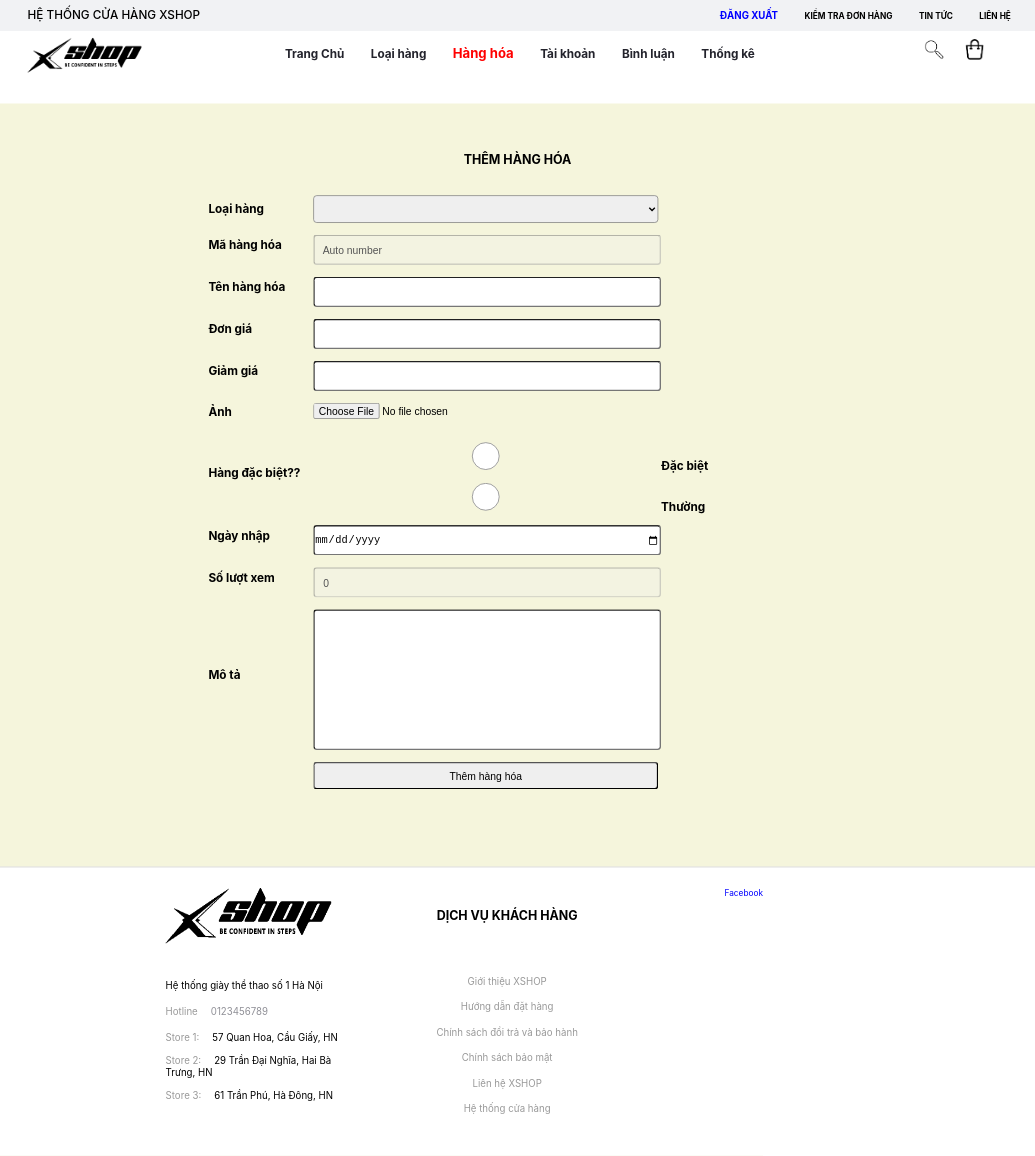
Repository: tienaq123/dam
Page: http://localhost/ass/ad/themsanpham.php
The author's editor kept a copy of each file at every save. The page is drawn from the files as they stood at one save, then again after the next save.
The browser window is 1280 px wide. The page is 1500 px wide, so the pictures cover 1500 px, including what lies to the right of the window. The pictures show the whole page, at 69% of full size.
The page is run by PHP 8.4 with error messages shown; the project is at /var/www/html/. Queries for data that is not in the repository find no rows.

Above is the page before, as saved 2021-10-22 05:15:49.

### ad/themsanpham.php
<?php ob_start(); ?>
<!DOCTYPE html>
<html lang="en">

<head>
    <meta charset="UTF-8">
    <meta http-equiv="X-UA-Compatible" content="IE=edge">
    <meta name="viewport" content="width=device-width, initial-scale=1.0">
    <title>Thêm hàng hóa</title>
    <link rel="stylesheet" href="../css/them.css">
</head>

<body>
    <div id="wapper">

        <div id="topbar">
            <a href="#">
                <h2> HỆ THỐNG CỬA HÀNG XSHOP</h2>
            </a>
            <ul>
                <li><a class="active" style="color:blue; font-size: 14px;" href="../logout.php">ĐĂNG XUẤT</a></li>
                <li><a href="product.php">KIỂM TRA ĐƠN HÀNG</a></li>
                <li><a href="product.php">TIN TỨC</a></li>
                <li><a href="product.php">LIÊN HỆ</a></li>
            </ul>
        </div>
        <header id="header">
            <div id="logo">
                <a href="http://localhost/xshop/"> <img src="../img/logo.png" alt="Logo"></a>
            </div>
            <div class="menu">
                <ul>
                    <li><a href="../home.php">Trang Chủ</a></li>
                    <li><a href="quantridanhmuc.php">Loại hàng</a></li>
                    <li><a href="quantrisanpham.php" style="color: red; font-size: 19px;">Hàng hóa</a></li>
                    <li><a href="quantritaikhoan.php">Tài khoản</a></li>
                    <li><a href="quantritaikhoan.php">Bình luận</a></li>
                    <li><a href="quantritaikhoan.php">Thống kê</a></li>
                    <div id="nav">
                        <a href="product.php"> <img src="../img/search.png" alt=""></a>
                        <a href="product.php"><img src="../img/giohang.png" alt=""></a>
                    </div>
                </ul>

            </div>

        </header>

        <!-- END HEADER -->

        <main>
            <h2 style="text-align: center; margin: 20px 0px 40px 0px;">THÊM HÀNG HÓA</h2>
            <form action="" method="POST" enctype="multipart/form-data">

                <table>
                    <tr>
                        <td class="left">Loại hàng</td>
                        <td class="right"><select style="width: 500px; height: 40px; border-radius: 5px;" name="danhmuc">
                                <?php
                                include '../db.php';
                                $sqldmuc = "select * from danhmuc";
                                $kqdm = $conn->query($sqldmuc);
                                foreach ($kqdm as $key => $rows) {
                                ?>
                                    <option value="<?php echo $rows['id_danhmuc'] ?>"><?php echo $rows['tendanhmuc'] ?>
                                    </option>
                                <?php
                                }
                                ?>
                            </select> <br></td>
                    </tr>

                    <tr>
                        <td class="left">Mã hàng hóa</td>
                        <td class="right"><input type="text" name="ma_hh" value="   Auto number" disabled> <br></td>
                    </tr>

                    <tr>
                        <td class="left">Tên hàng hóa</td>
                        <td class="right"><input type="text" name="ten_hh"> <br></td>
                    </tr>

                    <tr>
                        <td class="left">Đơn giá</td>
                        <td class="right"><input type="text" name="don_gia"> <br></td>
                    </tr>

                    <tr>
                        <td class="left">Giảm giá</td>
                        <td class="right"><input type="text" name="giam_gia"> <br></td>
                    </tr>
                    <tr>
                        <td class="left">Ảnh</td>
                        <td class="right"><input type="file" name="hinh"><br></td>
                    </tr>

                    <tr>
                        <td class="left">Hàng đặc biệt??</td>
                        <td class="right"><input name="dac_biet" type="radio" value="Đặc biệt" /><span style="font-size: 17px; font-weight:bold; margin-bottom: 30px"> Đặc biệt</span>
                                          <input name="dac_biet" type="radio" value="Thường" /><span style="font-size: 17px; font-weight:bold; margin-bottom: 30px"> Thường</span> <br>
                        </td>
                    </tr>

                    <tr>
                        <td class="left">Ngày nhập</td>
                        <td class="right"><input type="date" name="ngay_nhap"> <br></td>
                    </tr>

                    <tr>
                        <td class="left">Số lượt xem</td>
                        <td class="right"><input type="text" name="so_luot_xem" value="   0" disabled> <br></td>
                    </tr>

                    <tr>
                        <td class="left">Mô tả</td>
                        <td class="right"><input style="height: 200px;" type="text" name="mo_ta"> <br></td>
                    </tr>

                    <tr>
                        <td></td>
                        <td class="right"><input type="submit" value="Thêm hàng hóa" name="btn"></td>
                    </tr>
                </table>

            </form>
            <?php
            if (isset($_POST['btn'])) {
                $tenhh = $_POST['ten_hh'];
                $dongia = $_POST['don_gia'];
                $giamgia = $_POST['giam_gia'];
                $dacbiet = $_POST['dac_biet'];
                $ngaynhap = $_POST['ngay_nhap'];
                $soluotxem = $_POST['so_luot_xem'];
                $mota = $_POST['mo_ta'];
                $danhmuc = $_POST['danhmuc'];

                $tenanh = $_FILES['hinh']['name'];
                $duongdananh = $_FILES['hinh']['tmp_name'];
                move_uploaded_file($duongdananh, '../images/' . $tenanh);

                $sql = "insert into hang_hoa values(null, '$tenhh', '$dongia', '$giamgia', '$tenanh', '$ngaynhap', '$mota', '$dacbiet', '$soluotxem', '$danhmuc')";
                $kq = $conn->prepare($sql);
                if ($kq->execute()) {
                    header("location:quantrisanpham.php");
                } else {
                    echo "Không thêm được";
                }
            }
            ?>
        </main>

        <footer id="footer">
            <div id="logo_footer">
                <a href="#"><img src="../img/logo.png" alt=""></a>
                <p>Hệ thống giày thể thao số 1 Hà Nội</p>
                <p class="hotline"><span>Hotline</span> <a href="#">0123456789</a></p>
                <p><span>Store 1:</span> 57 Quan Hoa, Cầu Giấy, HN <br> <br> <span>Store 2:</span> 29 Trần Đại Nghĩa,
                    Hai Bà Trưng, HN <br> <br><span>Store 3:</span> 61
                    Trần Phú, Hà Đông, HN <br> <br> </p>
            </div>
            <div id="dichvu">
                <h2>DỊCH VỤ KHÁCH HÀNG</h2>
                <p><a href="#">Giới thiệu XSHOP</a> <br> </p>
                <p><a href="#">Hướng dẫn đặt hàng</a> <br> </p>
                <p><a href="#">Chính sách đổi trả và bảo hành</a> <br> </p>
                <p><a href="#">Chính sách bảo mật</a> <br> </p>
                <p><a href="#">Liên hệ XSHOP</a> <br> </p>
                <p><a href="#">Hệ thống cửa hàng</a></p>
            </div>

            <div id="facebook">
                <div id="fb-root"></div>
                <script async defer crossorigin="anonymous" src="https://connect.facebook.net/vi_VN/sdk.js#xfbml=1&version=v10.0&appId=256623368880552&autoLogAppEvents=1" nonce="aj8H3wq8"></script>
                <div class="fb-page" data-href="https://www.facebook.com/facebook" data-tabs="timeline" data-width="250" data-height="300" data-small-header="false" data-adapt-container-width="true" data-hide-cover="false" data-show-facepile="true">
                    <blockquote cite="https://www.facebook.com/facebook" class="fb-xfbml-parse-ignore"><a href="https://www.facebook.com/facebook">Facebook</a></blockquote>
                </div>
            </div>
        </footer>
    </div>
</body>

</html>

### db.php
<?php
    try {
        $conn=new PDO("mysql:host=localhost; dbname=dam;charset=utf8", "root", "");
    } catch (PDOException $e) {
        echo "Lỗi kết nối";
    }

### css/them.css
img {
    width: 200px;
}

* {
    margin: 0;
    padding: 0;
}

body {
    font-family: -apple-system, BlinkMacSystemFont, 'Segoe UI', Roboto, Oxygen, Ubuntu, Cantarell, 'Open Sans', 'Helvetica Neue', sans-serif;
    font-size: 12px;
}

a {
    text-decoration: none;
    color: blue;
    list-style: none;
}



img {
    border: 0px;
}

header,
nav,
section,
aside,
article,
footer,
table,
figure {
    display: block;
}

/* code page */

#wapper {
    width: 1500px;
    margin: auto;
    ;
    overflow: hidden;
}

#topbar {
    width: 1500px;
    height: 45px;
    background-color: #f1f2f4;
    float: left;
}

#topbar h2 {
    font-size: 17px;
    font-weight: 500;
    line-height: 45px;
    margin-left: 40px;
    color: #000;
    float: left;
}

#topbar ul {
    float: right;
}

#topbar ul li {
    display: inline-block;
    line-height: 45px;
    margin-right: 35px;
}

#topbar ul li a {
    color: #000;
    font-weight: bolder;
}

#topbar ul li a:hover {
    color: #775454;
}

#topbar ul li .active {
    color: cornflowerblue;
    font-size: 14px;
}

#header {
    width: 100%;
    height: 100px;
    background-color: #ffffff;
    padding: 10px 0 40px 0;
}

#header #logo img {
    float: left;
    width: 165px;
    height: 50px;
    color: #000;
    margin: 10px 0 0 40px;
}

#header .menu ul {
    text-align: center;
    margin-right: 50px;
    line-height: 66px;
}

#header .menu ul li {
    display: inline-block;
    margin-right: 35px;
}

#header .menu ul li a {
    font-size: 17px;
    font-weight: bold;
    color: #23232c;
}

#header .menu ul li a:hover {
    color: red;
}

#nav {
    float: right;
    line-height: 80px;
}

#nav img {
    width: 35px;
    height: 35px;
    margin-right: 20px;
}

main {
    background-color: beige;
    padding: 50px 0px 100px 0px;
}

main table {
    margin: 10px 0px 10px 300px;
}

main table .left {
    width: 150px;
    height: 30px;
    font-size: 17px;
    font-weight: bold;
    margin-top: 15px;
}

main table input {
    width: 500px;
    height: 40px;
    border-radius: 5px;
    margin-top: 15px;
    font-size: 15px;
}

main table tr {
    padding-top: 50px;
    border: 1px solid black;
}

/* END MAIN */

#footer {
    width: 1500px;
    border-top: 1px solid #ccc;
    display: grid;
    grid-template-columns: 1fr 1fr 1fr;
}

#footer #logo_footer {
    float: left;
}

#footer #logo_footer img {
    width: 240px;
    height: 80px;
    margin: 30px 0 30px 240px;
}

#footer #logo_footer a {
    color: #909097;
}

#footer #logo_footer span {
    color: #999999;
    margin-right: 15px;
}

#footer #logo_footer p {
    font-size: 14px;
    margin: 20px 0 20px 240px;
}

#footer #dichvu {
    text-align: center;
    margin: 60px 30px 40px 0;
}

#footer #dichvu h2 {
    margin-bottom: 75px;
}

#footer #dichvu p {
    margin-bottom: 20px;
}

#footer #dichvu p a {
    font-size: 14px;
    color: #999999;
}

#footer #facebook {
    margin: 30px 0 0 50px;
}

After the next save:
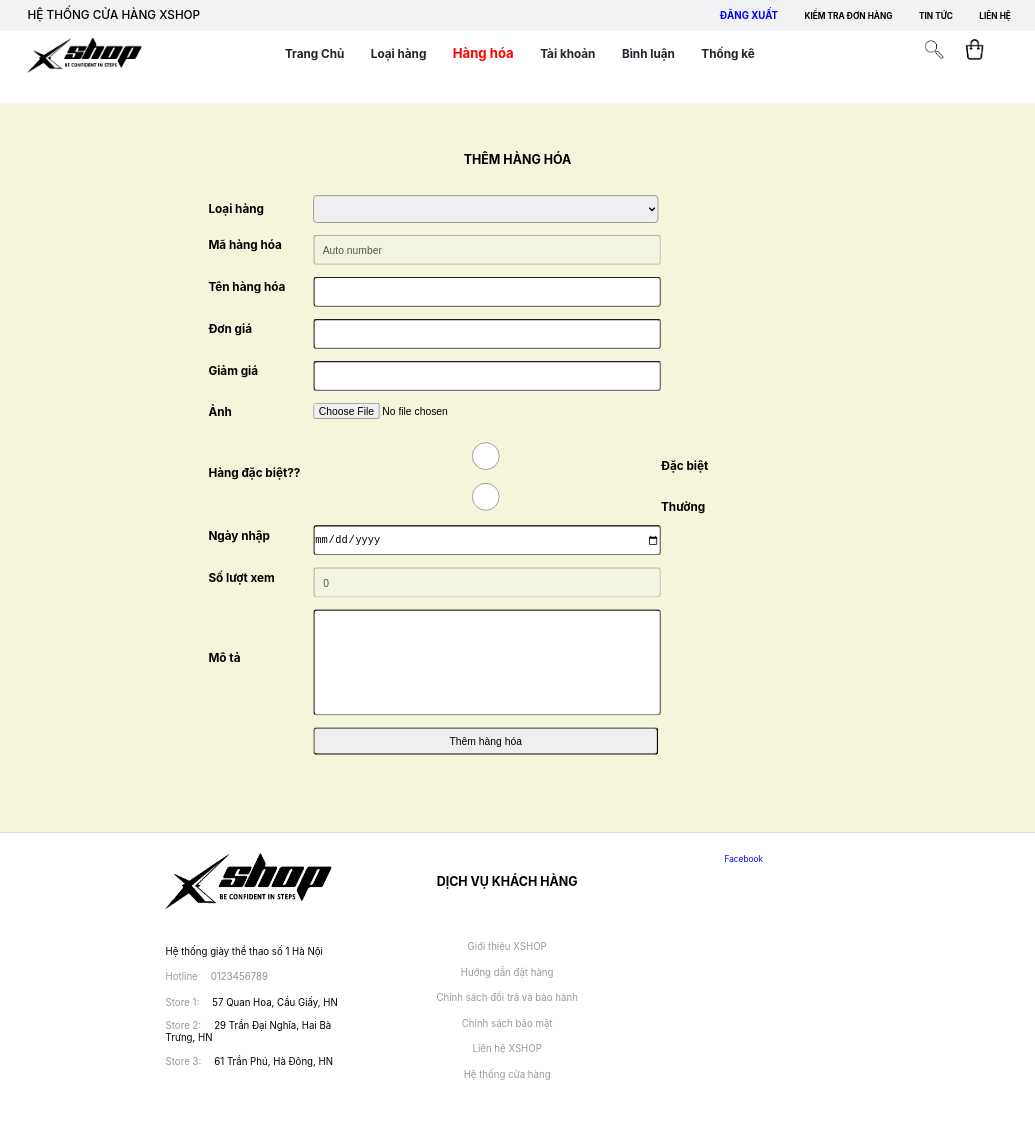
Saved 7 s later.
--- a/ad/themsanpham.php
+++ b/ad/themsanpham.php
@@ -113,7 +113,7 @@
 
                     <tr>
                         <td class="left">Mô tả</td>
-                        <td class="right"><input style="height: 200px;" type="text" name="mo_ta"> <br></td>
+                        <td class="right"><input style="height: 150px;" type="text" name="mo_ta"> <br></td>
                     </tr>
 
                     <tr>
